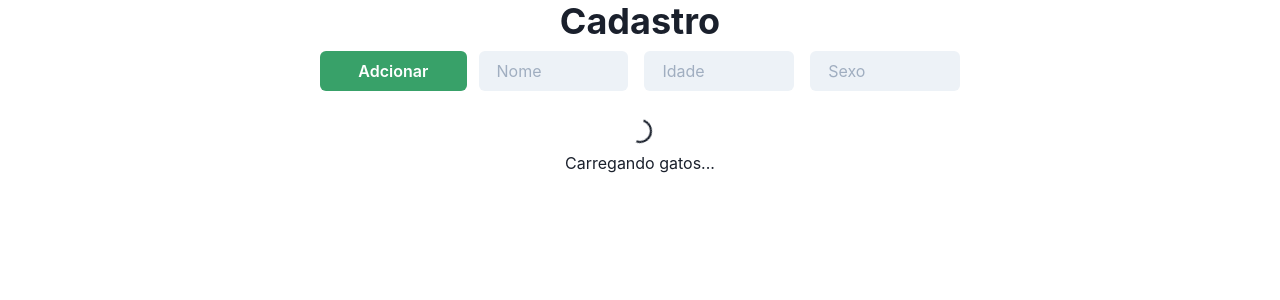
Repository: thislucasme/front-end-cats-react.js
Page: /cadastro
An editor plug-in stored every save of this project. The page is shown before and after the next save, followed by the edit.
The browser window is 1280 px wide. The pictures show the whole page.
The page's requests for data from a server got no answer. The project was rebuilt for these pictures with package versions that can differ from the ones it lists, and the page was loaded fresh each time. No one was signed in, and anything a server would have sent is missing.

Above is the page before, as saved 2021-10-27 15:36:16.

After the next save:
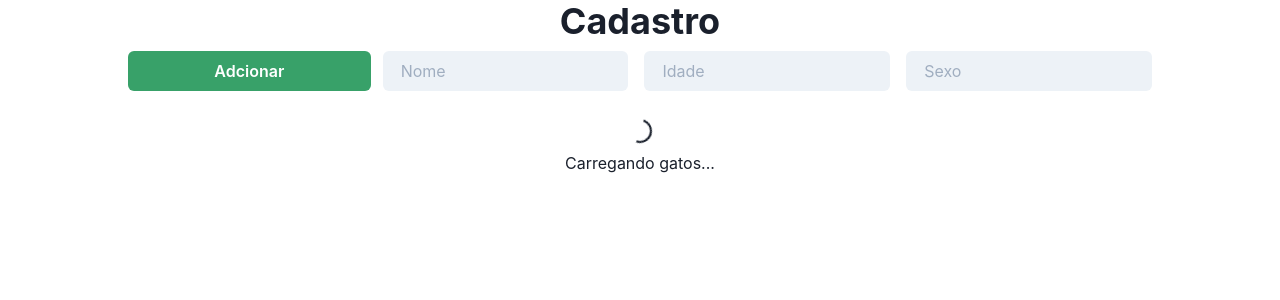
Saved 12 s later.
--- a/src/pages/cadastro.gatos.tsx
+++ b/src/pages/cadastro.gatos.tsx
@@ -40,7 +40,7 @@
 
 	return (
 		<Center>
-			<VStack w="50%">
+			<VStack w="80%">
 				<Heading>Cadastro</Heading>
 				<Flex w="full" mt={5}>
 					<Button mr={3} w="full" colorScheme="green" onClick={() => { salvar() }}>Adcionar</Button>

After the save that followed:
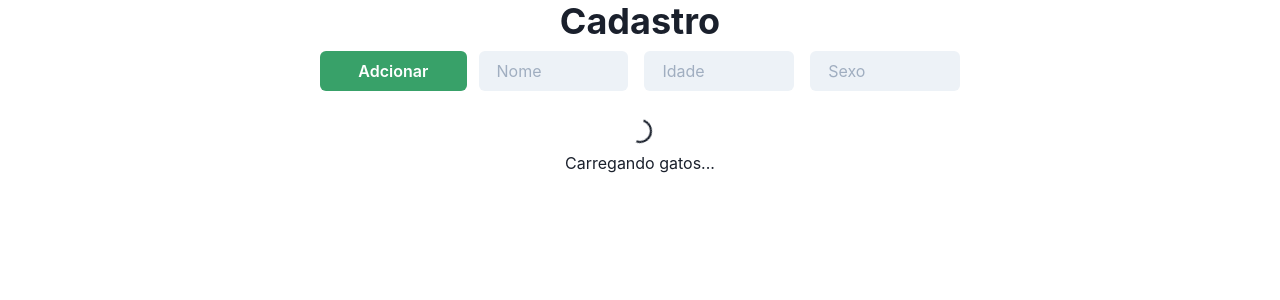
Saved 4 s later.
--- a/src/pages/cadastro.gatos.tsx
+++ b/src/pages/cadastro.gatos.tsx
@@ -40,7 +40,7 @@
 
 	return (
 		<Center>
-			<VStack w="80%">
+			<VStack w="50%">
 				<Heading>Cadastro</Heading>
 				<Flex w="full" mt={5}>
 					<Button mr={3} w="full" colorScheme="green" onClick={() => { salvar() }}>Adcionar</Button>
